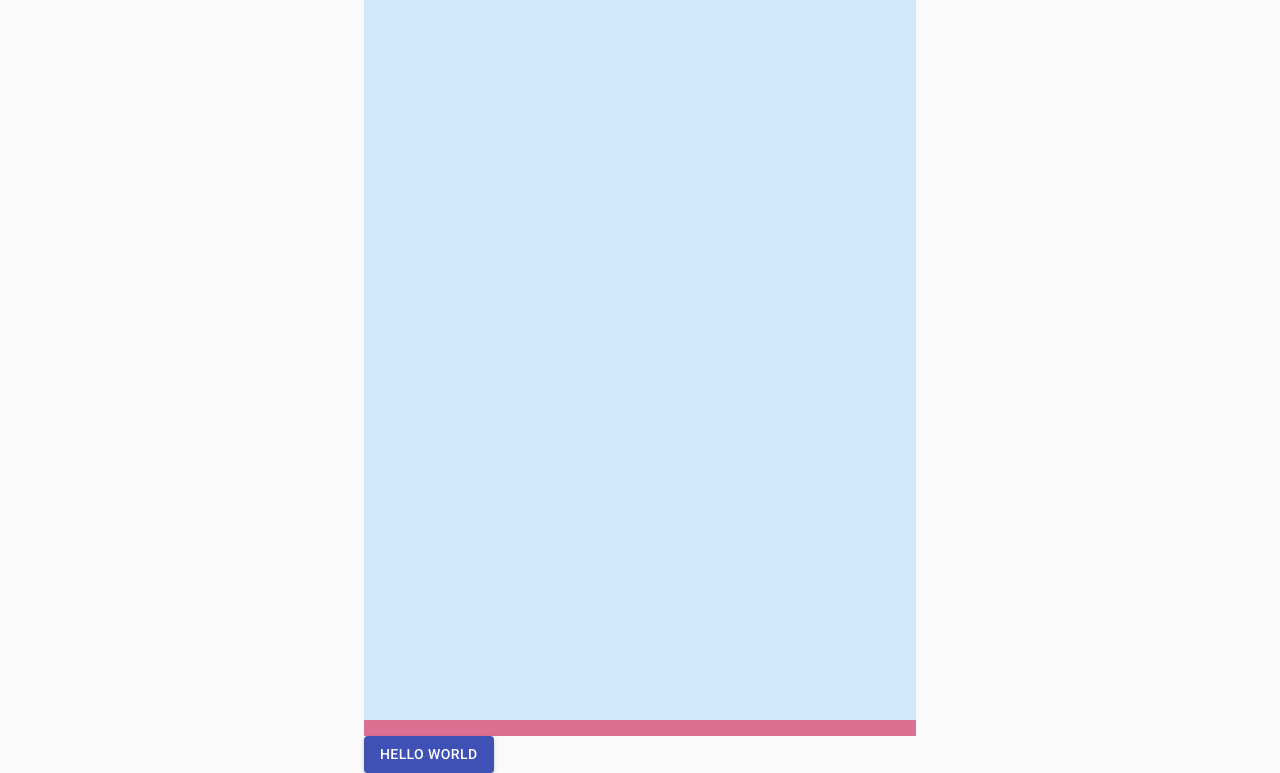
Repository: cherguiyacine/gitHubSearch
Page: /
The author's editor kept a copy of each file at every save. The page is drawn from the files as they stood at one save, then again after the next save.
The browser window is 1280 px wide. The pictures show the whole page.
The project was rebuilt for these pictures with package versions that can differ from the ones it lists, and the page was loaded fresh each time. Also part of the build but not shown: src/Component/Layout/Navbar.js, src/Component/Users/UserItem.js, src/Component/Layout/Spinner.js, src/Component/Users/Users.js, src/Component/Users/Search.js, src/App.js.

Above is the page before, as saved 2019-11-21 23:19:56.

After the next save:
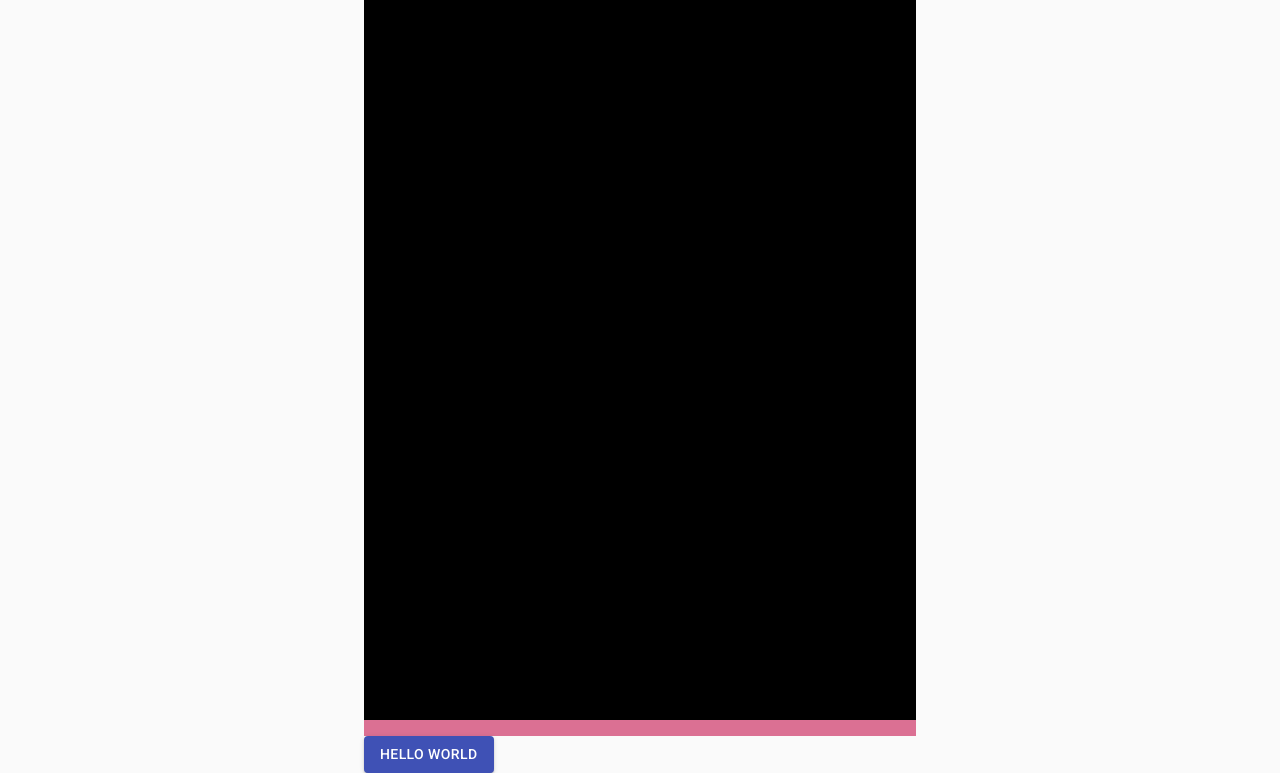
Saved 18 s later.
--- a/src/Authentification.js
+++ b/src/Authentification.js
@@ -18,7 +18,7 @@
         <Container maxWidth='sm'>
           <Typography
             component='div'
-            style={{ backgroundColor: "#cfe8fc", height: "100vh" }}
+            style={{ backgroundColor: "black", height: "100vh" }}
           />
           <Box color='white' bgcolor='palevioletred' p={1}></Box>
           <Button variant='contained' color='primary'>

After the save that followed:
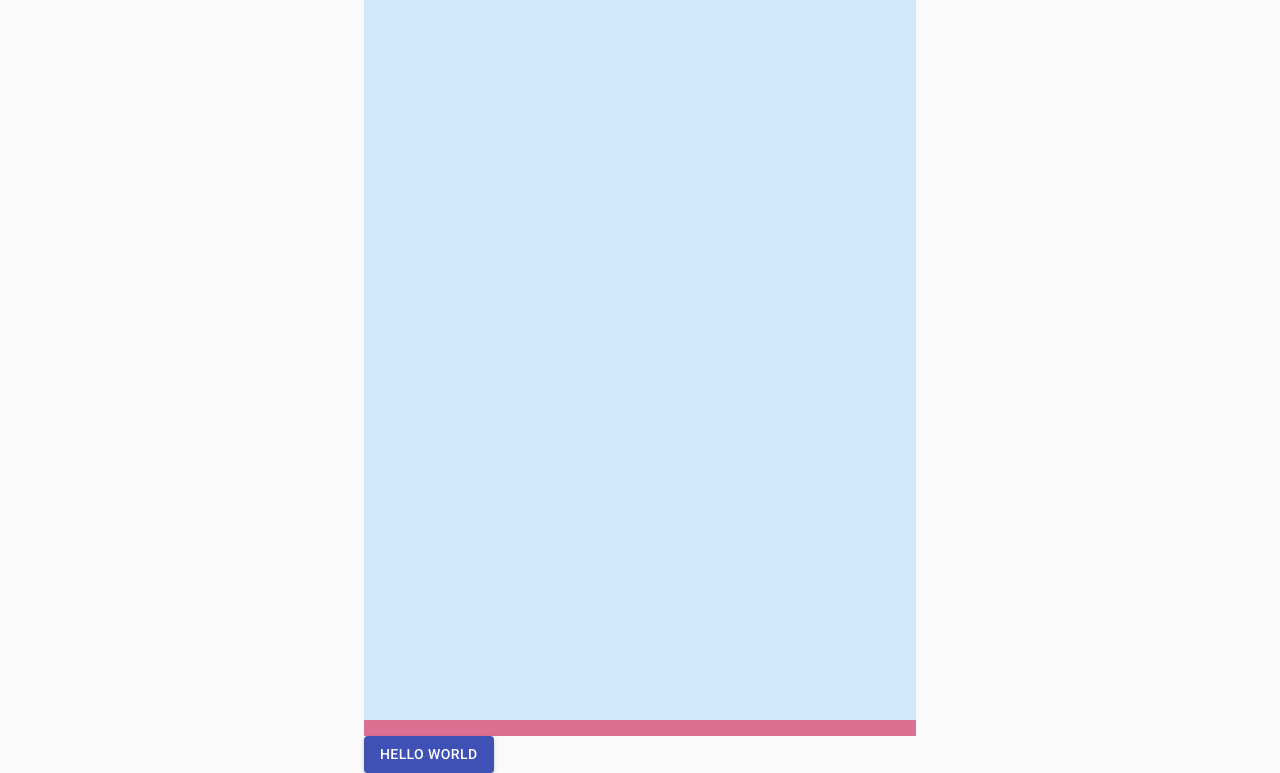
Saved 6 s later.
--- a/src/Authentification.js
+++ b/src/Authentification.js
@@ -18,7 +18,7 @@
         <Container maxWidth='sm'>
           <Typography
             component='div'
-            style={{ backgroundColor: "black", height: "100vh" }}
+            style={{ backgroundColor: "#cfe8fc", height: "100vh" }}
           />
           <Box color='white' bgcolor='palevioletred' p={1}></Box>
           <Button variant='contained' color='primary'>
